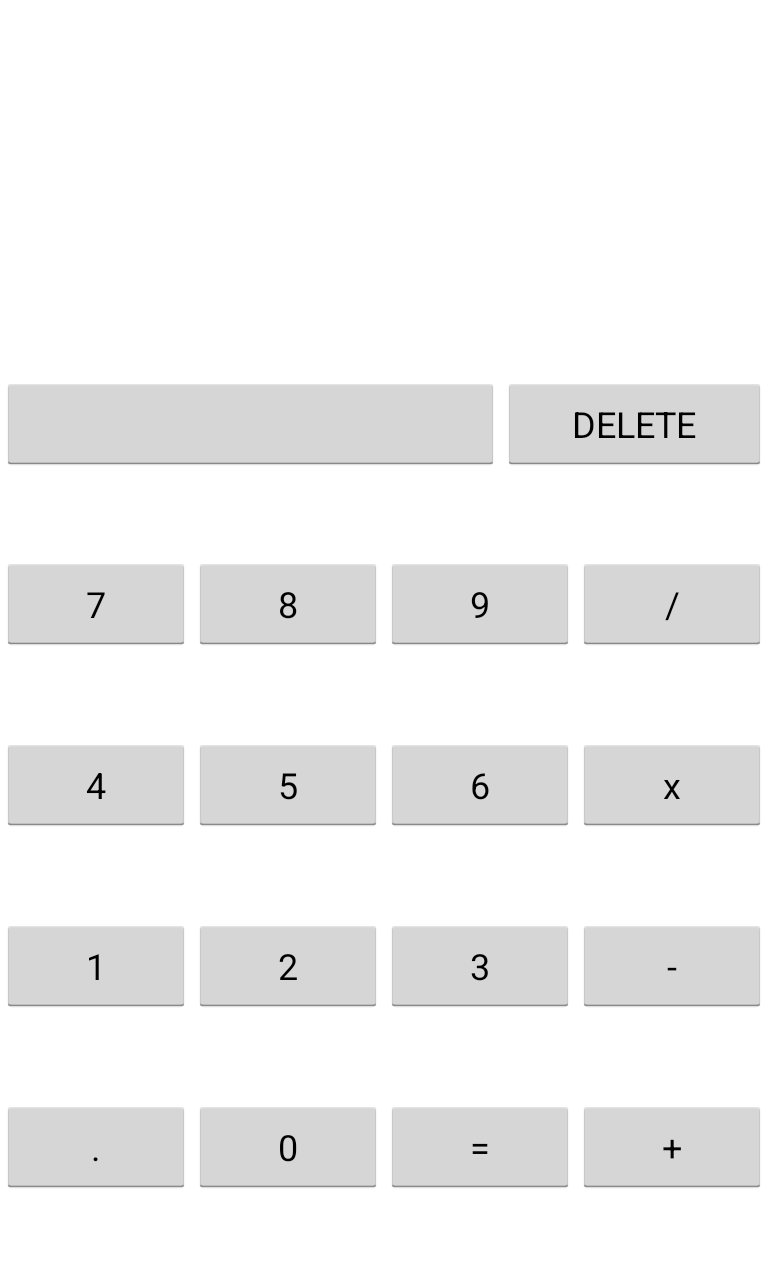
Repository: iracom/ejercicios-android
Layout: Calculadora/res/layout/activity_main.xml
The author's editor kept a copy of each file at every save. The layout is drawn from the files as they stood at one save, then again after the next save.
It is drawn on a 768 x 1280 px phone screen (xhdpi) without system bars, with theme AppTheme; the app's code is not run.

Above is the layout before, as saved 2014-05-07 10:06:54.

### Calculadora/res/layout/activity_main.xml
<LinearLayout xmlns:android="http://schemas.android.com/apk/res/android"
    xmlns:tools="http://schemas.android.com/tools"
    android:id="@+id/container"
    android:layout_width="match_parent"
    android:layout_height="match_parent"
    android:orientation="vertical">

    <TextView
        android:id="@+id/textView1"
        android:layout_width="match_parent"
        android:layout_height="wrap_content"
        android:layout_weight="4"
        android:text="" />

    <LinearLayout
        android:layout_width="match_parent"
        android:layout_height="wrap_content"
        android:layout_weight="1"
        android:orientation="horizontal" >

        <Button
            android:id="@+id/button2"
            android:layout_width="wrap_content"
            android:layout_height="wrap_content"
            android:layout_weight="4"
            android:text=""
            android:clickable="false"/>

        <Button
            android:id="@+id/btn_delete"
            android:layout_width="wrap_content"
            android:layout_height="wrap_content"
            android:layout_weight="1"
            android:text="@string/borrar" />

    </LinearLayout>

    <LinearLayout
        android:layout_width="match_parent"
        android:layout_height="wrap_content"
        android:layout_weight="1"
        android:orientation="horizontal" >

        <Button
            android:id="@+id/btn_7"
            android:layout_width="wrap_content"
            android:layout_height="wrap_content"
            android:layout_weight="1"
            android:text="@string/siete" />

        <Button
            android:id="@+id/btn_8"
            android:layout_width="wrap_content"
            android:layout_height="wrap_content"
            android:layout_weight="1"
            android:text="@string/ocho" />

        <Button
            android:id="@+id/btn_9"
            android:layout_width="wrap_content"
            android:layout_height="wrap_content"
            android:layout_weight="1"
            android:text="@string/nueve" />

        <Button
            android:id="@+id/btn_div"
            android:layout_width="wrap_content"
            android:layout_height="wrap_content"
            android:layout_weight="1"
            android:text="@string/div" />

    </LinearLayout>

    <LinearLayout
        android:layout_width="match_parent"
        android:layout_height="wrap_content"
        android:layout_weight="1"
        android:orientation="horizontal" >

        <Button
            android:id="@+id/btn_4"
            android:layout_width="wrap_content"
            android:layout_height="wrap_content"
            android:layout_weight="1"
            android:text="@string/cuatro" />

        <Button
            android:id="@+id/btn_5"
            android:layout_width="wrap_content"
            android:layout_height="wrap_content"
            android:layout_weight="1"
            android:text="@string/cinco" />

        <Button
            android:id="@+id/btn_6"
            android:layout_width="wrap_content"
            android:layout_height="wrap_content"
            android:layout_weight="1"
            android:text="@string/seis" />

        <Button
            android:id="@+id/btn_mul"
            android:layout_width="wrap_content"
            android:layout_height="wrap_content"
            android:layout_weight="1"
            android:text="@string/mul" />

    </LinearLayout>

    <LinearLayout
        android:layout_width="match_parent"
        android:layout_height="wrap_content"
        android:layout_weight="1"
        android:orientation="horizontal" >

        <Button
            android:id="@+id/btn_1"
            android:layout_width="wrap_content"
            android:layout_height="wrap_content"
            android:layout_weight="1"
            android:text="@string/uno" />

        <Button
            android:id="@+id/btn_2"
            android:layout_width="wrap_content"
            android:layout_height="wrap_content"
            android:layout_weight="1"
            android:text="@string/dos" />

        <Button
            android:id="@+id/btn_3"
            android:layout_width="wrap_content"
            android:layout_height="wrap_content"
            android:layout_weight="1"
            android:text="@string/tres" />

        <Button
            android:id="@+id/btn_res"
            android:layout_width="wrap_content"
            android:layout_height="wrap_content"
            android:layout_weight="1"
            android:text="@string/res" />

    </LinearLayout>

    <LinearLayout
        android:layout_width="match_parent"
        android:layout_height="wrap_content"
        android:layout_weight="1"
        android:orientation="horizontal" >

        <Button
            android:id="@+id/btn_punto"
            android:layout_width="wrap_content"
            android:layout_height="wrap_content"
            android:layout_weight="1"
            android:text="@string/punto" />

        <Button
            android:id="@+id/btn_0"
            android:layout_width="wrap_content"
            android:layout_height="wrap_content"
            android:layout_weight="1"
            android:text="@string/cero" />

        <Button
            android:id="@+id/btn_igual"
            android:layout_width="wrap_content"
            android:layout_height="wrap_content"
            android:layout_weight="1"
            android:text="@string/igual" />

        <Button
            android:id="@+id/btn_sum"
            android:layout_width="wrap_content"
            android:layout_height="wrap_content"
            android:layout_weight="1"
            android:text="@string/sum" />

    </LinearLayout>

</LinearLayout>

### Calculadora/res/values/strings.xml
<?xml version="1.0" encoding="utf-8"?>
<resources>

    <string name="app_name">Calculadora</string>
    <string name="hello_world">Hello world!</string>
    <string name="action_settings">Settings</string>
    <string name="borrar">DELETE</string>
    <string name="uno">1</string>
    <string name="dos">2</string>
    <string name="tres">3</string>
    <string name="cuatro">4</string>
    <string name="cinco">5</string>
    <string name="seis">6</string>
    <string name="siete">7</string>
    <string name="ocho">8</string>
    <string name="nueve">9</string>
    <string name="cero">0</string>
    <string name="sum">+</string>
    <string name="res">-</string>
    <string name="mul">x</string>
    <string name="div">/</string>
    <string name="igual">=</string>
    <string name="punto">.</string>

</resources>

Loaded but not shown: Calculadora/res/values/styles.xml (common file); Calculadora/res/values-v11/styles.xml (common file); Calculadora/res/values-v14/styles.xml (common file)

After the next save:
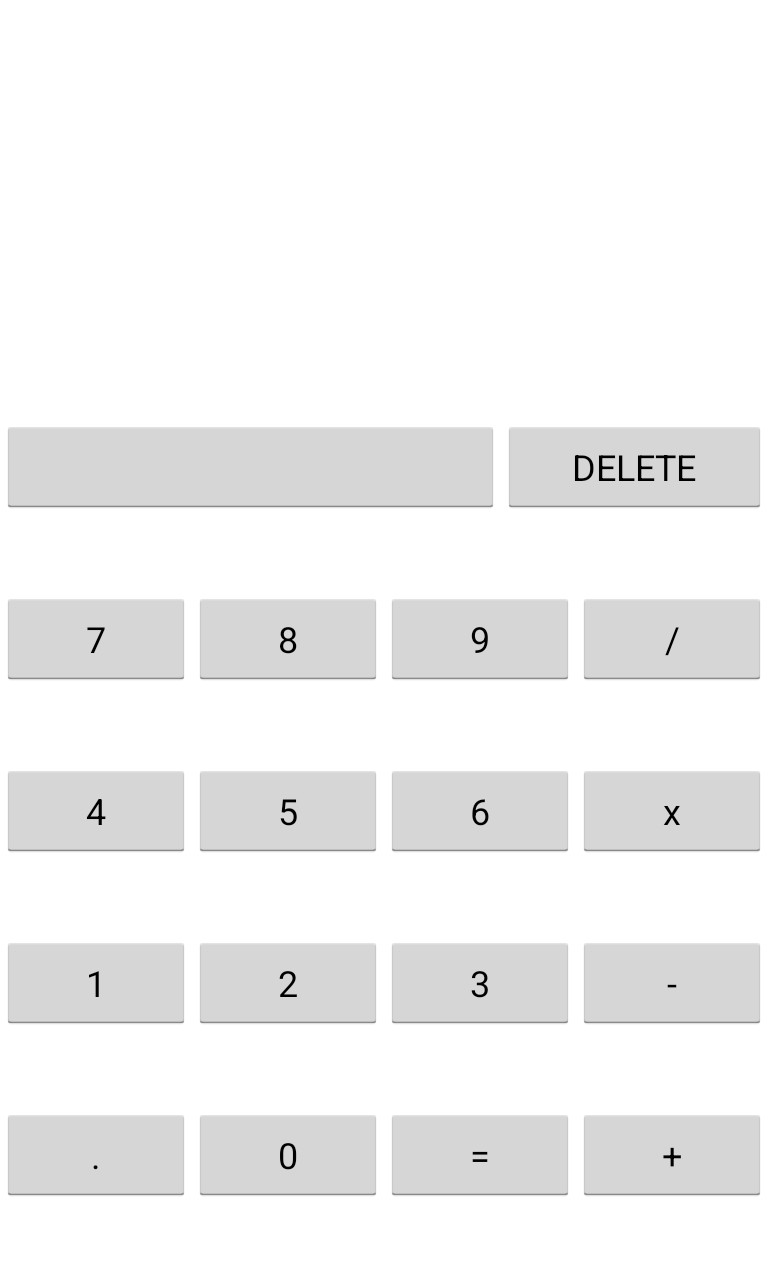
Saved 9 s later.
--- a/Calculadora/res/layout/activity_main.xml
+++ b/Calculadora/res/layout/activity_main.xml
@@ -9,7 +9,7 @@
         android:id="@+id/textView1"
         android:layout_width="match_parent"
         android:layout_height="wrap_content"
-        android:layout_weight="4"
+        android:layout_weight="5"
         android:text="" />
 
     <LinearLayout
